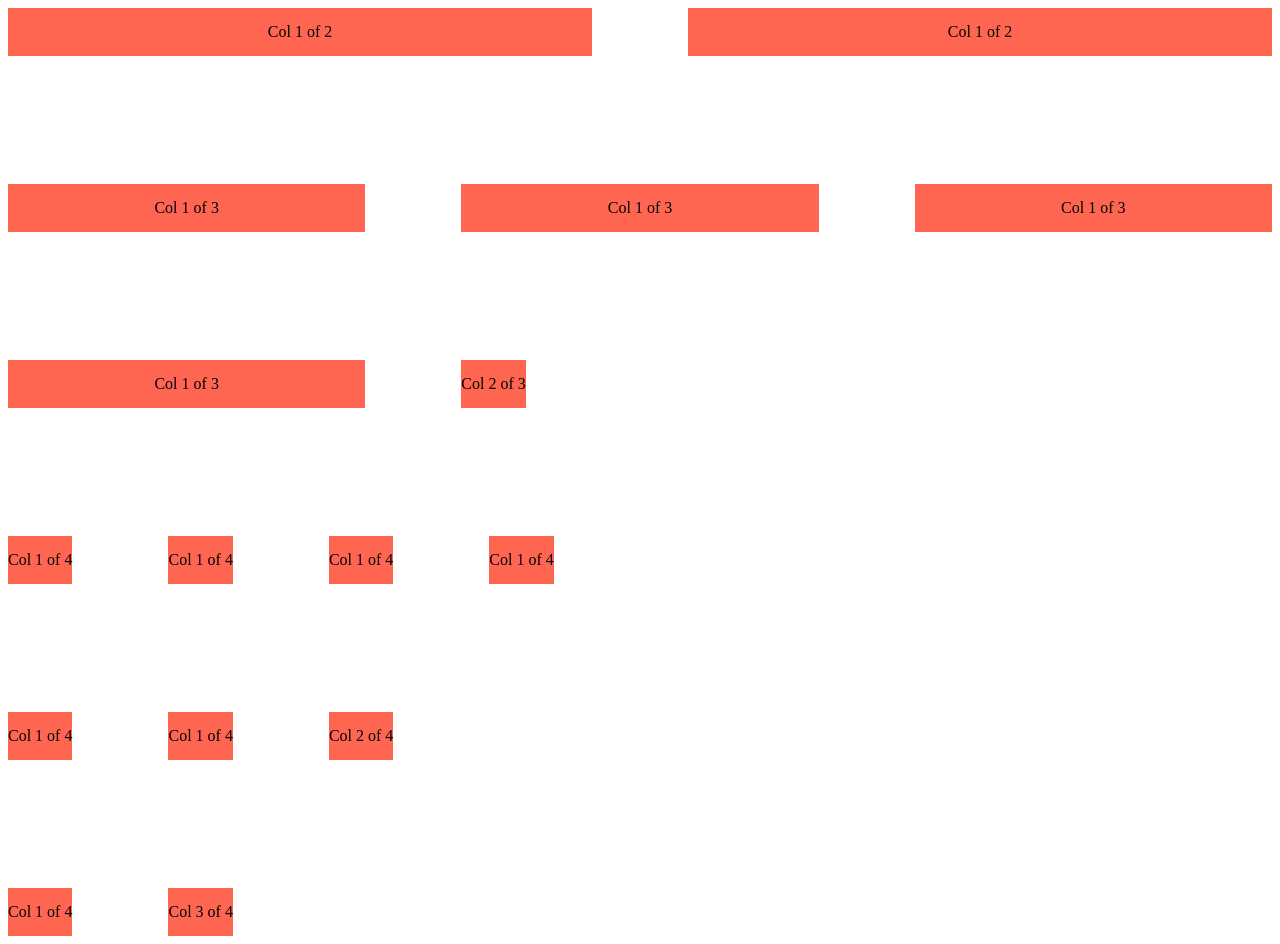
Repository: haokiet2501/grid-basic
Page: index.html
These files come from the project's save history. The page is drawn as it stood at one moment and after a run of saves; the edit follows.
The browser window is 1280 px wide. The pictures show the whole page.

Above is the page before, as saved 2022-08-11 18:59:30.

### index.html
<!DOCTYPE html>
<html lang="en">
<head>
    <meta charset="UTF-8">
    <meta http-equiv="X-UA-Compatible" content="IE=edge">
    <meta name="viewport" content="width=device-width, initial-scale=1.0">
    <link rel="stylesheet" href="styles.css">
    <title>GRID BASIC</title>
</head>
<body>
    <section class="grid-test">
        <div class="row">
            <div class="col-1-of-2">
                Col 1 of 2
            </div>
            <div class="col-1-of-2">
                Col 1 of 2
            </div>
        </div>

        <div class="row">
            <div class="col-1-of-3">
                Col 1 of 3
            </div>
            <div class="col-1-of-3">
                Col 1 of 3
            </div>
            <div class="col-1-of-3">
                Col 1 of 3
            </div>
        </div>

        <div class="row">
            <div class="col-1-of-3">
                Col 1 of 3
            </div>
            <div class="col-2-of-3">
                Col 2 of 3
            </div>
        </div>

        <div class="row">
            <div class="col-1-of-4">
                Col 1 of 4
            </div>
            <div class="col-1-of-4">
                Col 1 of 4
            </div>
            <div class="col-1-of-4">
                Col 1 of 4
            </div>
            <div class="col-1-of-4">
                Col 1 of 4
            </div>
        </div>

        <div class="row">
            <div class="col-1-of-4">
                Col 1 of 4
            </div>
            <div class="col-1-of-4">
                Col 1 of 4
            </div>
            <div class="col-2-of-4">
                Col 2 of 4
            </div>
        </div>

        <div class="row">
            <div class="col-1-of-4">
                Col 1 of 4
            </div>
            <div class="col-3-of-4">
                Col 3 of 4
            </div>
        </div>

    </section>
</body>
</html>

### styles.css
:root {
    --grid-width: 114rem;
    --gutter-vertical: 8rem;
    --gutter-horizonal: 6rem
}

.row {
    max-width: var(--grid-width);
    margin: 0 auto;
}

.row::after {
    content: "";
    display: table;
    clear: both;
}

.row:not(:last-child) {
    margin-bottom: var(--gutter-vertical);
}

[class^='col-'] {
    background-color: #FF6651;
    float: left;
    padding: 15px 0;
    text-align: center;
}

[class^='col-']:not(:last-child) {
    margin-right: var(--gutter-horizonal);
}

.col-1-of-2 {
    width: calc((100% - var(--gutter-horizonal)) / 2);
}

.col-1-of-3 {
    width: calc((100% - 2 * var(--gutter-horizonal)) / 3);
}

.col-2-of-3 {
    width: calc(((100% - 2 * var(--gutter-horizonal)) / 3);
}

.col-1-of-4 {
    width: calc((100% - 3 * var(--gutter-horizonal)) / 4);
}

After the next 6 saves:
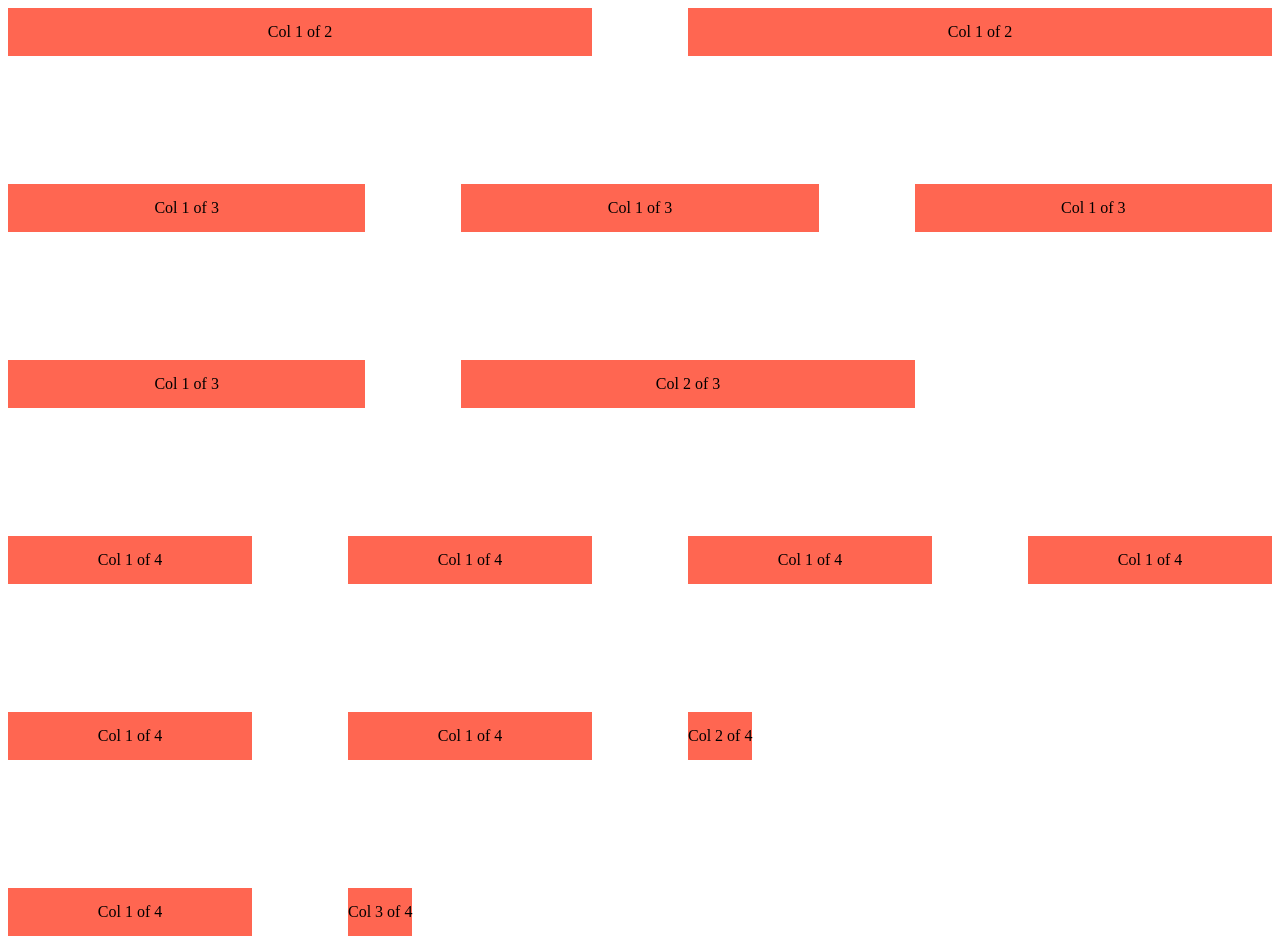
The 6 saves are shown as one change because they came seconds apart.
The last was saved 17 s later.
--- a/styles.css
+++ b/styles.css
@@ -39,7 +39,7 @@
 }
 
 .col-2-of-3 {
-    width: calc(((100% - 2 * var(--gutter-horizonal)) / 3);
+    width: calc(((100% - 2 * var(--gutter-horizonal)) / 3) + var(--gutter-horizonal));
 }
 
 .col-1-of-4 {
